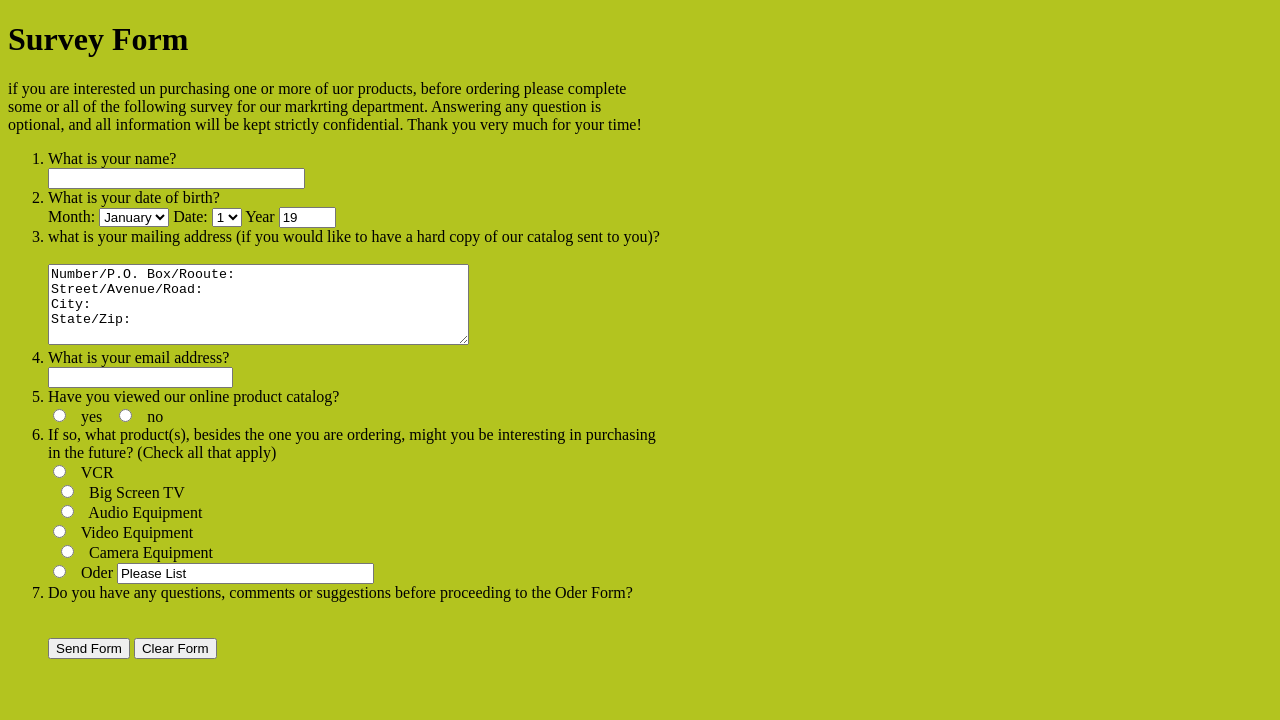
Repository: PhamChiXuan1/HTCNW_tuan3_DHCNTT16C_PhamChiXuan_20030131
Page: bt17.html
The author's editor kept a copy of each file at every save. The page is drawn from the files as they stood at one save, then again after the next save.
The browser window is 1280 px wide. The pictures show the whole page.

Above is the page before, as saved 2022-02-27 23:07:36.

### bt17.html
<!DOCTYPE html>
<html lang="en">
<head>
    <meta charset="UTF-8">
    <meta http-equiv="X-UA-Compatible" content="IE=edge">
    <meta name="viewport" content="width=device-width, initial-scale=1.0">
    <title>Document</title>
</head>
<body style="background-color: rgb(179, 196, 31);">
    <H1>Survey Form</H1>
    <P>if you are interested un purchasing one or more of uor products, before ordering please complete <br>some or all of the following survey for our markrting department. Answering any question is <br>optional, and all information will be kept strictly confidential. Thank you very much for your time!</P>
    <ol type="1">

        <li>What is your name?</li>
            <input type="text" id="" name="19" size="29" >

        <li>What is your date of birth?</li>
        <form>
            <label for="cars">Month:</label>
            <select id="cars" name="cars">
                <option value="January">January</option>
            </select>
            <label for="cars">Date:</label>
            <select id="cars" name="cars">
                <option value="1">1</option>
            </select>
            <label for="cars">Year</label>
            <input type="text" id="" name="" size="4" value="19">

            <li>what is your mailing address (if you would like to have a hard copy of our catalog sent to you)?</li>
            <br> <textarea cols="50" rows="5" style="text-align:left">
Number/P.O. Box/Rooute:
Street/Avenue/Road:
City:
State/Zip:
                                        </textarea>

            <li>What is your email address?</li>
            <form>
                <input type="text" id="fname" name="fname" value=""><br>
            </form>

            <li>Have you viewed our online product catalog?</li>
            <input type="radio" id="" name="" value="">
                <label for="yes">yes</label>
            <input type="radio" id="" name="" value="">
                <label for="no">no</label><br>

            <li>If so, what product(s), besides the one you are ordering, might you be interesting in purchasing <br>in the future? (Check all that apply)</li>
            <input type="radio" id="" name="" value="">
                <label for="VCR">VCR</label><br>
            <input type="radio" id="" name="" value="">
                <label for="Big Screen TV">Big Screen TV</label><br>
            <input type="radio" id="" name="" value="">
                <label for="Audio Equipment">Audio Equipment</label><br>
            <input type="radio" id="" name="" value="">
                <label for="Video Equipment">Video Equipment</label><br>
            <input type="radio" id="" name="" value="">
                <label for="Camera Equipment">Camera Equipment</label><br>
            <input type="radio" id="" name="" value="">
                <label for="Oder">Oder</label> <input type="text" id="" name="" size="29" value="Please List">

            <li>Do you have any questions, comments or suggestions before proceeding to the Oder Form?</li>

            <br><br>
            <input type="submit" value="Send Form">
            <input type="submit" value="Clear Form">

        </form>
    </ol>
</body>
</html>

After the next save:
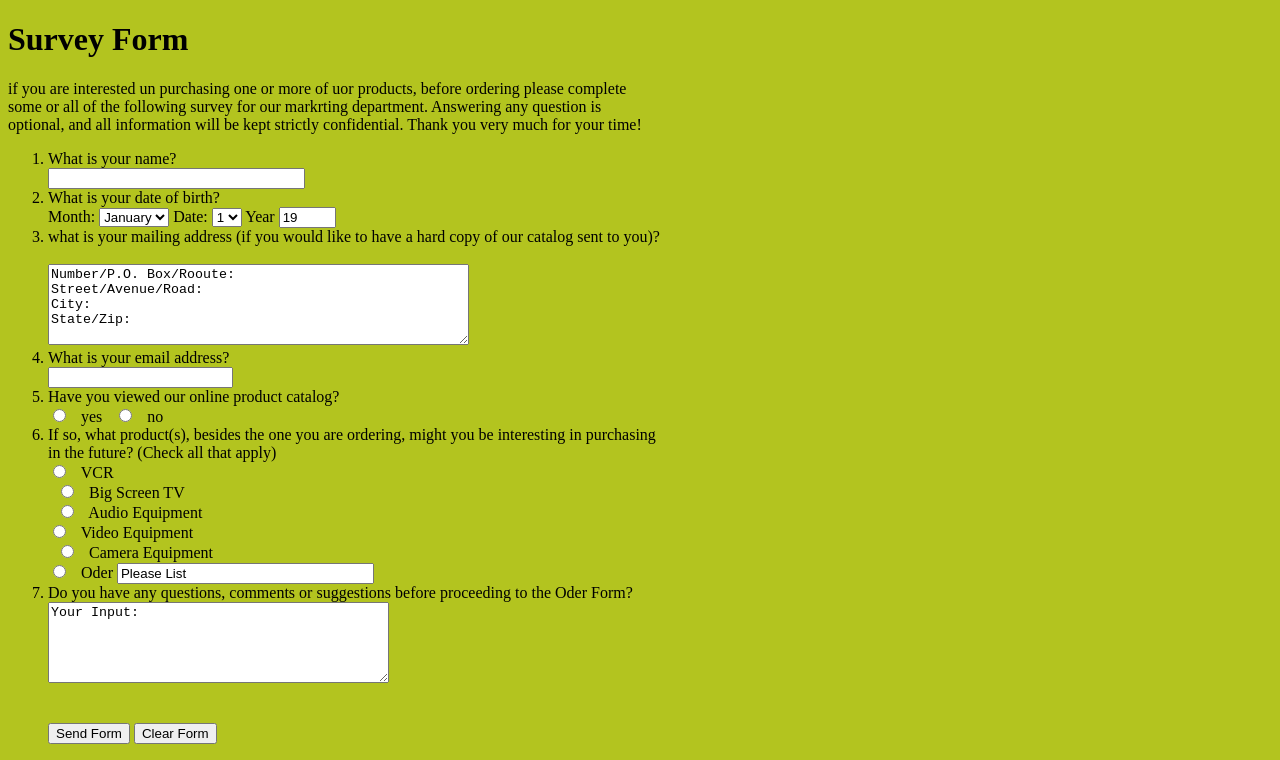
Saved 54 s later.
--- a/bt17.html
+++ b/bt17.html
@@ -61,7 +61,7 @@ State/Zip:
                 <label for="Oder">Oder</label> <input type="text" id="" name="" size="29" value="Please List">
 
             <li>Do you have any questions, comments or suggestions before proceeding to the Oder Form?</li>
-
+            <textarea cols="40" rows="5">Your Input:</textarea><br>
             <br><br>
             <input type="submit" value="Send Form">
             <input type="submit" value="Clear Form">
